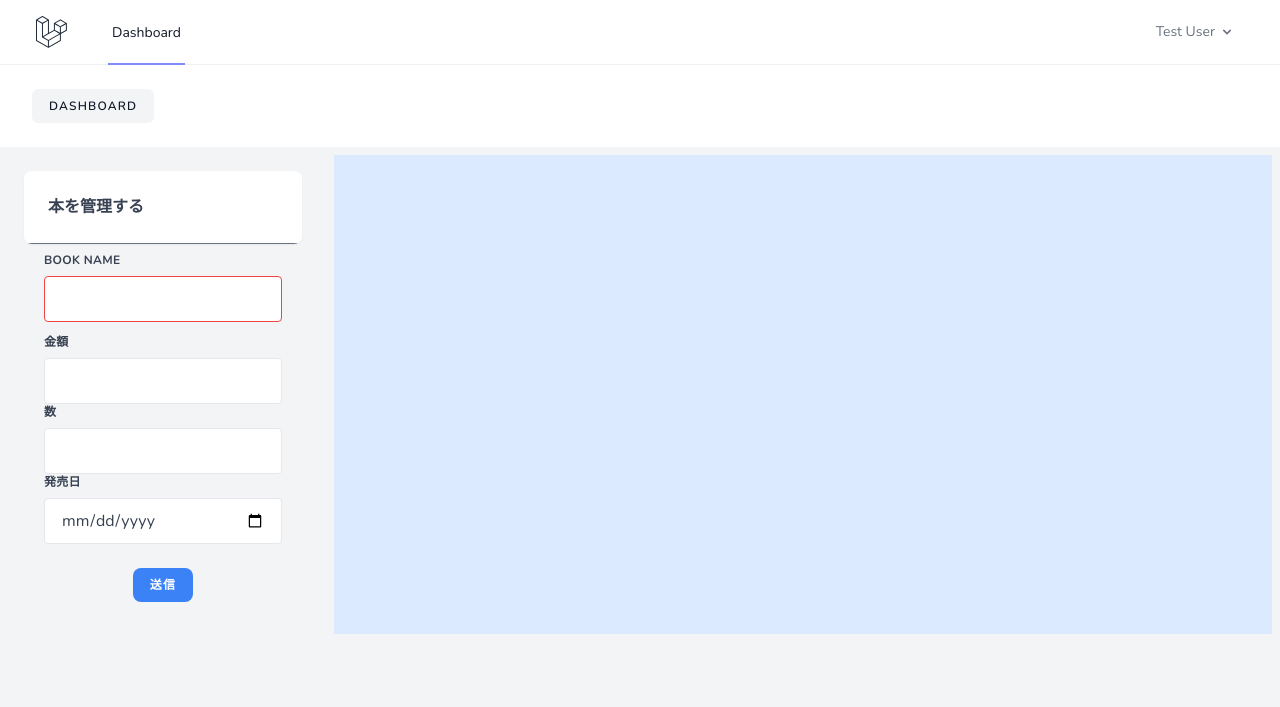
Repository: umeking0216/gitthub-
Page: http://localhost/dashboard
The author's editor kept a record of every edit. The page is drawn from the files as they stood at one moment, then again after the next edit.
The browser window is 1280 px wide. The pictures show the whole page.
The page is served by the project's Laravel application, run on PHP 8.4 with Laravel 9. A made-up administrator, Test User (test@example.com), is signed in. Other server files are loaded and not shown. Queries for data that is not in the repository find no rows.

Above is the page before.

### cms/app/Providers/AppServiceProvider.php
<?php

namespace App\Providers;

use Illuminate\Support\ServiceProvider;
use Illuminate\Support\Facades\URL;    //この行を追加


class AppServiceProvider extends ServiceProvider
{
    /**
     * Register any application services.
     *
     * @return void
     */
    public function register()
    {
        //
    }

    /**
     * Bootstrap any application services.
     *
     * @return void
     */
    public function boot()
    {
       URL::forceScheme('https');          //この行を追加
    }
}

### cms/routes/web.php
<?php

use App\Http\Controllers\ProfileController;
use Illuminate\Support\Facades\Route;
use App\Http\Controllers\BookController; //追加
use App\Models\Book; //追加
use App\Http\Controllers\TeamController; //追加

/*
|--------------------------------------------------------------------------
| Web Routes
|--------------------------------------------------------------------------
|
| Here is where you can register web routes for your application. These
| routes are loaded by the RouteServiceProvider within a group which
| contains the "web" middleware group. Now create something great!
|
*/

//本：ダッシュボード表示(books.blade.php)
Route::get('/', [BookController::class,'index'])->middleware(['auth'])->name('book_index');
Route::get('/dashboard', [BookController::class,'index'])->middleware(['auth'])->name('dashboard');

//本：追加
Route::post('/books',[BookController::class,"store"])->name('book_store');

//本：削除
Route::delete('/book/{book}', [BookController::class,"destroy"])->name('book_destroy');

//本：更新画面
Route::post('/booksedit/{book}',[BookController::class,"edit"])->name('book_edit'); //通常
Route::get('/booksedit/{book}', [BookController::class,"edit"])->name('edit');      //Validationエラーありの場合

//本：更新画面
Route::post('/books/update',[BookController::class,"update"])->name('book_update');

Route::middleware('auth')->group(function () {
    Route::get('/profile', [ProfileController::class, 'edit'])->name('profile.edit');
    Route::patch('/profile', [ProfileController::class, 'update'])->name('profile.update');
    Route::delete('/profile', [ProfileController::class, 'destroy'])->name('profile.destroy');
});

//上部でこれをuseしておく


//チーム：ダッシュボード
Route::get('/teams', [TeamController::class, 'index'])->name('team_index');

//チーム：追加
Route::post('teams', [TeamController::class, 'store'])->name('team_store');

//チーム：更新画面
Route::get('/teamssedit/{team}',[TeamController::class,"edit"])->name('team_edit');

//チーム更新処理
Route::post('teams/update',  [TeamController::class, 'update'])->name('team_update');

//チーム：参加
Route::get('/team/{team_id}', [TeamController::class, 'join'])->name('team_join');


require __DIR__.'/auth.php';

### cms/app/Models/User.php
<?php

namespace App\Models;

// use Illuminate\Contracts\Auth\MustVerifyEmail;
use Illuminate\Database\Eloquent\Factories\HasFactory;
use Illuminate\Foundation\Auth\User as Authenticatable;
use Illuminate\Notifications\Notifiable;
use Laravel\Sanctum\HasApiTokens;

class User extends Authenticatable
{
    use HasApiTokens, HasFactory, Notifiable;

    /**
     * The attributes that are mass assignable.
     *
     * @var array<int, string>
     */
    protected $fillable = [
        'name',
        'email',
        'password',
    ];

    /**
     * The attributes that should be hidden for serialization.
     *
     * @var array<int, string>
     */
    protected $hidden = [
        'password',
        'remember_token',
    ];

    /**
     * The attributes that should be cast.
     *
     * @var array<string, string>
     */
    protected $casts = [
        'email_verified_at' => 'datetime',
    ];

    // Teamsテーブルとのリレーション （主テーブル側）
    public function o_teams() {
	return $this->hasMany('App\Models\Team');
}
    // Teamsテーブルとの多対多リレーション
    public function my_teams() {
    return $this->belongsToMany('App\Models\Team')->withPivot('role');
    }



}

### cms/app/Http/Controllers/BookController.php
<?php

namespace App\Http\Controllers;

use App\Models\Book;
use Illuminate\Http\Request;
use Validator;

class BookController extends Controller
{
    /**
     * Display a listing of the resource.
     *
     * @return \Illuminate\Http\Response
     */
    public function index()
    {
       $books = Book::orderBy('created_at', 'asc')->paginate(3);
        return view('books', [
            'books' => $books
        ]);
    }

    /**
     * Show the form for creating a new resource.
     *
     * @return \Illuminate\Http\Response
     */
    public function create()
    {
        //
    }

    /**
     * Store a newly created resource in storage.
     *
     * @param  \Illuminate\Http\Request  $request
     * @return \Illuminate\Http\Response
     */
    public function store(Request $request)
    {
         //バリデーション
    $validator = Validator::make($request->all(), [
         'item_name' => 'required|min:3|max:255',
         'item_number' => 'required|min:1|max:3',
         'item_amount' => 'required|max:6',
         'published'   => 'required',
    ]);

    //バリデーション:エラー
    if ($validator->fails()) {
        return redirect('/')
            ->withInput()
            ->withErrors($validator);
    }

    //以下に登録処理を記述（Eloquentモデル）
	  // Eloquentモデル
	  $books = new Book;
	  $books->item_name   = $request->item_name;
	  $books->item_number = $request->item_number;
	  $books->item_amount = $request->item_amount;
	  $books->published   = $request->published;
	  $books->save();
	  return redirect('/');
    }

    /**
     * Display the specified resource.
     *
     * @param  \App\Models\Book  $book
     * @return \Illuminate\Http\Response
     */
    public function show(Book $book)
    {
        //
    }

    /**
     * Show the form for editing the specified resource.
     *
     * @param  \App\Models\Book  $book
     * @return \Illuminate\Http\Response
     */
    public function edit(Book $book)
    {
         return view('booksedit', ['book' => $book]);
    }

    /**
     * Update the specified resource in storage.
     *
     * @param  \Illuminate\Http\Request  $request
     * @param  \App\Models\Book  $book
     * @return \Illuminate\Http\Response
     */
    public function update(Request $request, Book $book)
    {
        //バリデーション
         $validator = Validator::make($request->all(), [
             'id' => 'required',
             'item_name' => 'required|min:3|max:255',
             'item_number' => 'required|min:1|max:3',
             'item_amount' => 'required|max:6',
             'published' => 'required',
        ]);
        //バリデーション:エラー
         if ($validator->fails()) {
             return redirect('/booksedit/'.$request->id)
                 ->withInput()
                 ->withErrors($validator);
        }

        //データ更新
        $books = Book::find($request->id);
        $books->item_name   = $request->item_name;
        $books->item_number = $request->item_number;
        $books->item_amount = $request->item_amount;
        $books->published   = $request->published;
        $books->save();
        return redirect('/');
    }

    /**
     * Remove the specified resource from storage.
     *
     * @param  \App\Models\Book  $book
     * @return \Illuminate\Http\Response
     */
    public function destroy(Book $book)
    {
       $book->delete();       //追加
    return redirect('/');  //追加
    }
}

### cms/resources/views/books.blade.php
<!-- resources/views/books.blade.php -->
<x-app-layout>

    <!--ヘッダー[START]-->
    <x-slot name="header">
        <h2 class="font-semibold text-xl text-gray-800 leading-tight">
            <form action="{{ route('book_index') }}" method="GET" class="w-full max-w-lg">
                <x-button class="bg-gray-100 text-gray-900">{{ __('Dashboard') }}</x-button>
            </form>
        </h2>
    </x-slot>
    <!--ヘッダー[END]-->

        <!-- バリデーションエラーの表示に使用-->
       <x-errors id="errors" class="bg-blue-500 rounded-lg">{{$errors}}</x-errors>
        <!-- バリデーションエラーの表示に使用-->

    <!--全エリア[START]-->
    <div class="flex bg-gray-100">

        <!--左エリア[START]-->
        <div class="text-gray-700 text-left px-4 py-4 m-2">

            <div class="bg-white overflow-hidden shadow-sm sm:rounded-lg">
                <div class="p-6 bg-white border-b border-gray-500 font-bold">
                    本を管理する
                </div>
            </div>


            <!-- 本のタイトル -->
            <form action="{{ url('books') }}" method="POST" class="w-full max-w-lg">
                @csrf
                  <div class="flex flex-col px-2 py-2">
                   <!-- カラム１ -->
                    <div class="w-full md:w-1/1 px-3 mb-2 md:mb-0">
                      <label class="block uppercase tracking-wide text-gray-700 text-xs font-bold mb-2">
                       Book Name
                      </label>
                      <input name="item_name" class="appearance-none block w-full text-gray-700 border border-red-500 rounded py-3 px-4 mb-3 leading-tight focus:outline-none focus:bg-white" type="text" placeholder="">
                    </div>
                    <!-- カラム２ -->
                    <div class="w-full md:w-1/1 px-3">
                      <label class="block uppercase tracking-wide text-gray-700 text-xs font-bold mb-2">
                        金額
                      </label>
                      <input name="item_amount" class="appearance-none block w-full text-gray-700 border border-gray-200 rounded py-3 px-4 leading-tight focus:outline-none focus:bg-white focus:border-gray-500" type="text" placeholder="">
                    </div>
                    <!-- カラム３ -->
                    <div class="w-full md:w-1/1 px-3 mb-2 md:mb-0">
                      <label class="block uppercase tracking-wide text-gray-700 text-xs font-bold mb-2">
                        数
                      </label>
                      <input name="item_number" class="appearance-none block w-full text-gray-700 border border-gray-200 rounded py-3 px-4 leading-tight focus:outline-none focus:bg-white focus:border-gray-500" type="text" placeholder="">
                    </div>
                    <!-- カラム４ -->
                    <div class="w-full md:w-1/1 px-3 mb-6 md:mb-0">
                      <label class="block uppercase tracking-wide text-gray-700 text-xs font-bold mb-2">
                        発売日
                      </label>
                      <input name="published" type="date" class="appearance-none block w-full text-gray-700 border border-gray-200 rounded py-3 px-4 leading-tight focus:outline-none focus:bg-white focus:border-gray-500" type="text" placeholder="">
                    </div>
                  </div>
                  <!-- カラム５ -->
                  <div class="flex flex-col">
                      <div class="text-gray-700 text-center px-4 py-2 m-2">
                             <x-button class="bg-blue-500 rounded-lg">送信</x-button>
                      </div>
                   </div>
            </form>
        </div>
        <!--左エリア[END]-->


   <!--右側エリア[START]-->
    <div class="flex-1 text-gray-700 text-left bg-blue-100 px-4 py-2 m-2">
         <!-- 現在の本 -->
        @if (count($books) > 0)
            @foreach ($books as $book)
                <x-collection id="{{ $book->id }}">{{ $book->item_name }}</x-collection>
            @endforeach
        @endif
        <div>
            {{ $books->links()}}
        </div>
    </div>
<!--右側エリア[[END]-->

</div>
 <!--全エリア[END]-->

</x-app-layout>

### cms/resources/views/components/errors.blade.php
<!-- resources/views/components/errors.blade.php -->
@if (count($errors) > 0)
    <!-- Form Error List -->
    <div class="flex justify-between p-4 items-center bg-red-500 text-white rounded-lg border-2 border-white">
        <div><strong>入力した文字を修正してくた?さい。</strong></div>
        <div>
            <ul>
            @foreach ($errors->all() as $error)
                <li>{{ $error }}</li>
            @endforeach
            </ul>
        </div>
    </div>
@endif

### cms/resources/views/components/collection.blade.php
<!-- 本: 削除ボタン -->
<div class="flex justify-between p-4 items-center bg-blue-500 text-white rounded-lg border-2 border-white">
  <div>{{ $slot }}</div>

    <div>
    <form action="{{ url('booksedit/'.$id) }}" method="POST">
         @csrf

        <button type="submit"  class="btn bg-blue-500 rounded-lg">
            更新
        </button>

     </form>
  </div>

  <div>
    <form action="{{ url('book/'.$id) }}" method="POST">
         @csrf
         @method('DELETE')

        <button type="submit"  class="btn bg-blue-500 rounded-lg">
            削除
        </button>

     </form>
  </div>

</div>

Loaded but not shown: cms/routes/auth.php (common file); cms/app/Http/Controllers/Controller.php (common file); cms/app/Models/Book.php (common file); cms/app/View/Components/AppLayout.php (common file); cms/resources/views/components/button.blade.php (common file); cms/resources/views/layouts/app.blade.php (common file); cms/resources/views/layouts/navigation.blade.php (common file); cms/resources/views/components/application-logo.blade.php (common file); cms/resources/views/components/nav-link.blade.php (common file); cms/resources/views/components/dropdown-link.blade.php (common file); cms/resources/views/components/dropdown.blade.php (common file); cms/resources/views/components/responsive-nav-link.blade.php (common file)

After the next edit:
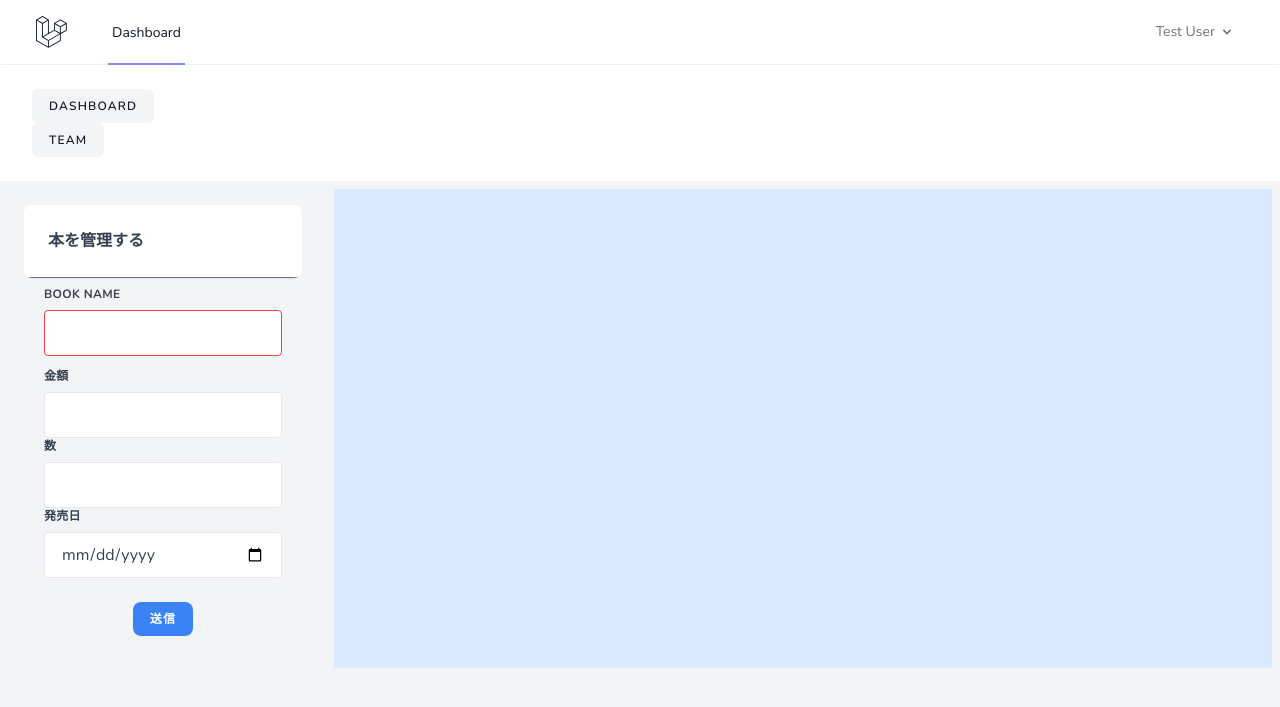
The edit:
--- a/cms/resources/views/books.blade.php
+++ b/cms/resources/views/books.blade.php
@@ -7,6 +7,13 @@
             <form action="{{ route('book_index') }}" method="GET" class="w-full max-w-lg">
                 <x-button class="bg-gray-100 text-gray-900">{{ __('Dashboard') }}</x-button>
             </form>
+        <h2 class="font-semibold text-xl text-gray-800 leading-tight">
+	        <form action="{{ route('team_index') }}" method="GET" class="w-full max-w-lg">
+	            <x-button class="bg-gray-100 text-gray-900">{{ __('Team') }}</x-button>
+	        </form>
+	    </h2>
+
+
         </h2>
     </x-slot>
     <!--ヘッダー[END]-->
